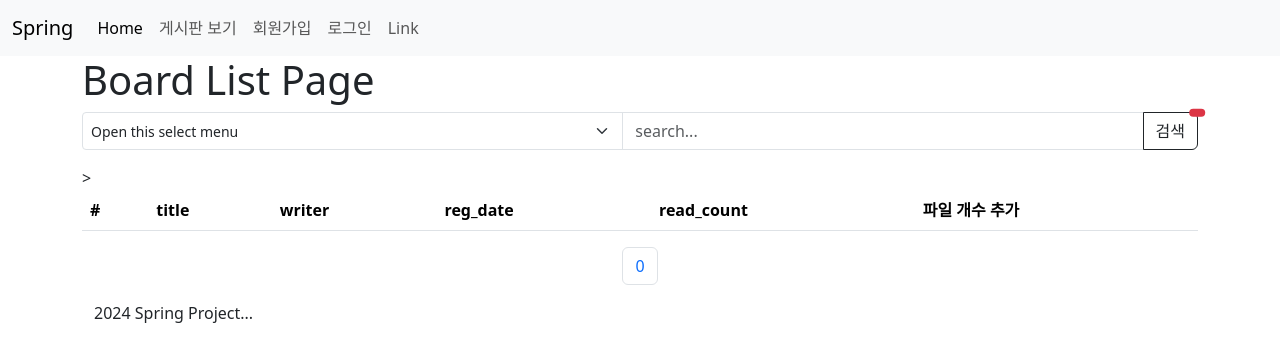
Repository: oco0217/springTest240430
Page: http://localhost/spring_study/WEB-INF/views/board/list.jsp
These files come from the project's save history. The page is drawn as it stood at one moment and after the next save; the edit follows.
The browser window is 1280 px wide. The pictures show the whole page.
The page is served by Tomcat 9. Nobody is signed in. The template is opened directly, without the code that normally fills it, so the values that code supplies are empty.

Above is the page before, as saved 2024-04-30 06:01:15.

After the next save:
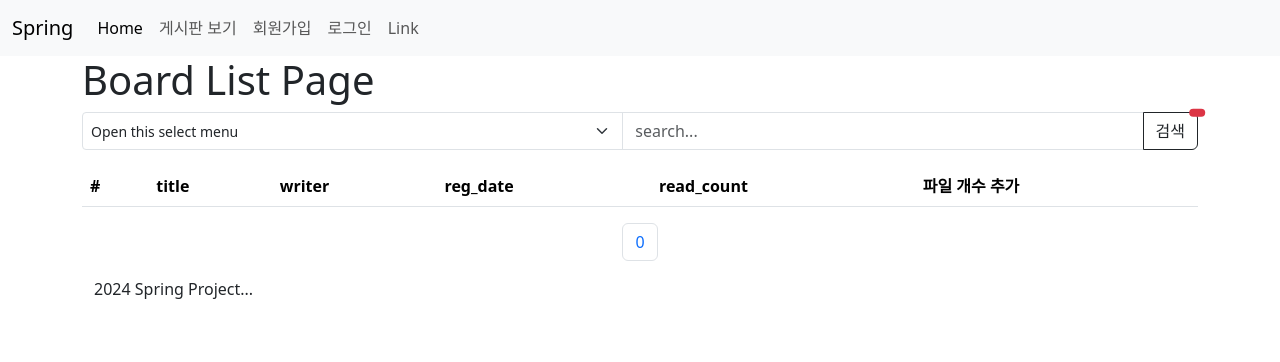
Saved 7 s later.
--- a/spring_study/src/main/webapp/WEB-INF/views/board/list.jsp
+++ b/spring_study/src/main/webapp/WEB-INF/views/board/list.jsp
@@ -38,7 +38,7 @@
 	<table class="table table-hover">
 		<thead>
 			<tr>
-				<th>#</th>>
+				<th>#</th>
 				<th>title</th>
 				<th>writer</th>
 				<th>reg_date</th>
